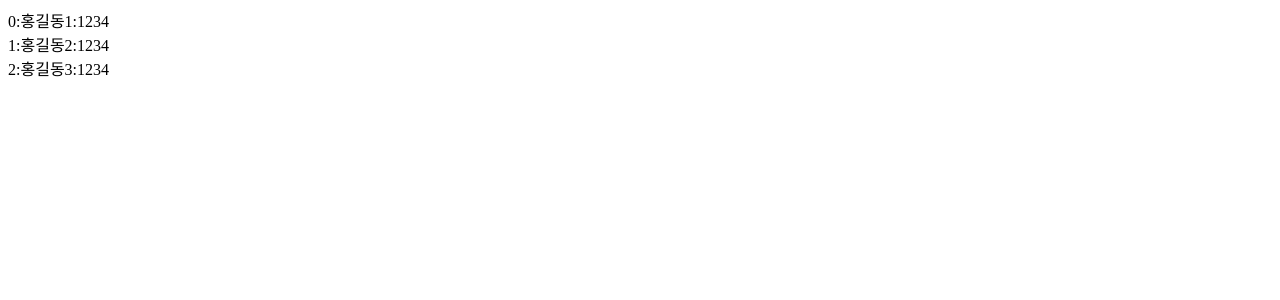
Repository: beom2pm/ds_edu_springFramework
Page: http://localhost/02Day_web4_Model처리1_ModelAndView/list3
An editor plug-in stored every save of this project. The page is shown before and after the next save, followed by the edit.
The browser window is 1280 px wide. The pictures show the whole page.
The page is served by Tomcat 9. Other server files are loaded and not shown.

Above is the page before, as saved 2021-02-03 07:36:30.

### 02Day_web4_Model처리1_ModelAndView/src/main/webapp/WEB-INF/views/list3.jsp
<%@ page language="java" contentType="text/html; charset=UTF-8"
    pageEncoding="UTF-8"%>
<%@ taglib prefix="c" uri="http://java.sun.com/jsp/jstl/core" %>

<!DOCTYPE html>
<html>
<head>
<meta charset="UTF-8">
<title>Insert title here</title>
</head>
<body>
<c:forEach  var ="m" items="${xyz}" varStatus="status">
${status.index}:${m.userid }:${m.passwd}<br>
</c:forEach>

</body>
</html>

### 02Day_web4_Model처리1_ModelAndView/src/main/java/com/dto/User.java
package com.dto;

public class User {

	String userid;
	String passwd;

	public User() {
	}

	public User(String userid, String passwd) {
		super();
		this.userid = userid;
		this.passwd = passwd;
	}

	public String getUserid() {
		return userid;
	}

	public void setUserid(String userid) {
		this.userid = userid;
	}

	public String getPasswd() {
		return passwd;
	}

	public void setPasswd(String passwd) {
		this.passwd = passwd;
	}

	@Override
	public String toString() {
		return "User [userid=" + userid + ", passwd=" + passwd + "]";
	}



}

After the next save:
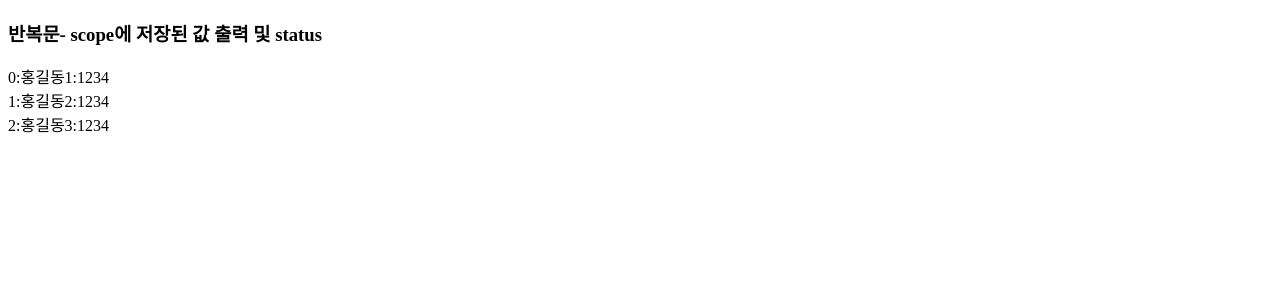
Saved 27 s later.
--- a/02Day_web4_Model처리1_ModelAndView/src/main/webapp/WEB-INF/views/list3.jsp
+++ b/02Day_web4_Model처리1_ModelAndView/src/main/webapp/WEB-INF/views/list3.jsp
@@ -1,7 +1,6 @@
 <%@ page language="java" contentType="text/html; charset=UTF-8"
     pageEncoding="UTF-8"%>
 <%@ taglib prefix="c" uri="http://java.sun.com/jsp/jstl/core" %>
-
 <!DOCTYPE html>
 <html>
 <head>
@@ -9,9 +8,9 @@
 <title>Insert title here</title>
 </head>
 <body>
-<c:forEach  var ="m" items="${xyz}" varStatus="status">
-${status.index}:${m.userid }:${m.passwd}<br>
+<h3>반복문- scope에 저장된 값 출력 및 status</h3>
+<c:forEach var="m" items="${xyz}" varStatus="status">
+  ${status.index}:${m.userid}:${m.passwd}<br>
 </c:forEach>
-
 </body>
 </html>
